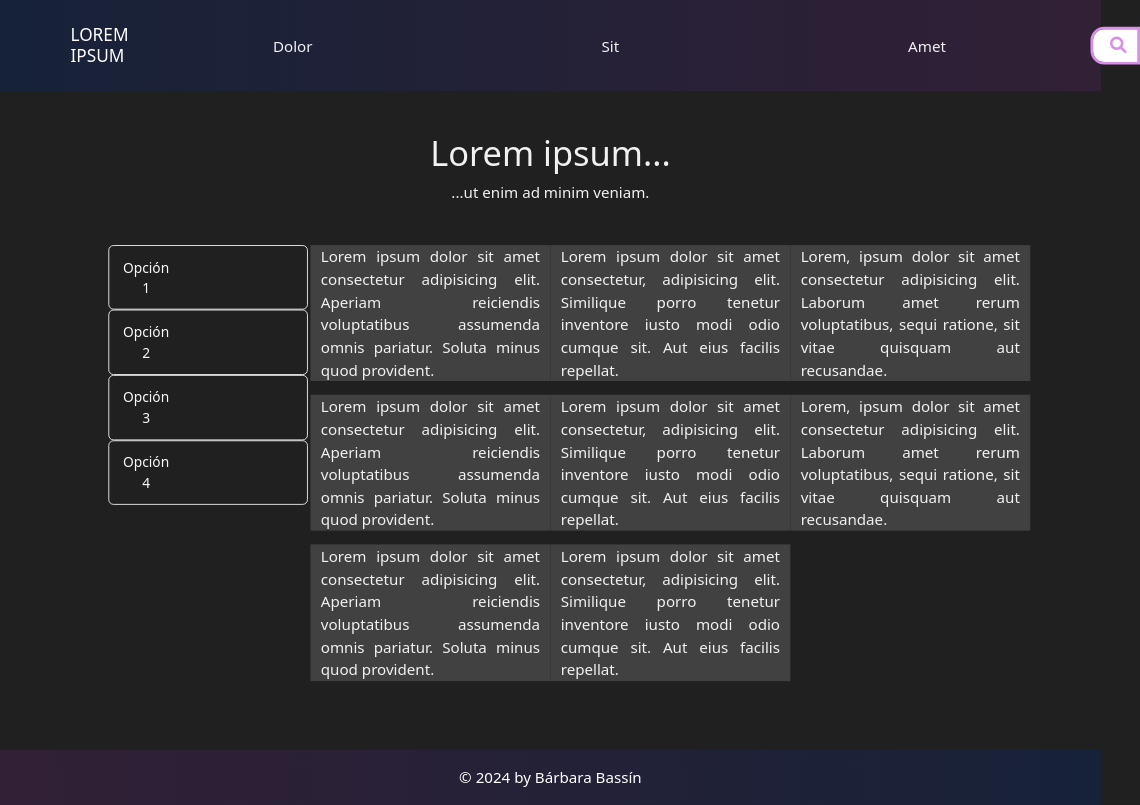
Repository: romancegirl/responsiveness
Page: index.html
The author's editor kept a copy of each file at every save. The page is drawn from the files as they stood at one save, then again after the next save.
The browser window is 1280 px wide. The page is 1326 px wide, then 1280 px, so the pictures cover 1326 px, including what lies to the right of the window. The pictures show the whole page, at 86% of full size.

Above is the page before, as saved 2024-11-19 21:10:18.

### index.html
<!DOCTYPE html>
<html lang="en">

<head>
    <meta charset="UTF-8">
    <meta name="viewport" content="width=device-width, initial-scale=1.0">
    <title>Responsiveness - Bárbara Bassín</title>
    <link href="https://cdn.jsdelivr.net/npm/bootstrap@5.3.0/dist/css/bootstrap.min.css" rel="stylesheet">
    <link rel="stylesheet" href="https://cdnjs.cloudflare.com/ajax/libs/font-awesome/6.0.0-beta3/css/all.min.css">
    <link rel="stylesheet" href="css/header-and-footer.css">
    <link rel="stylesheet" href="css/styles.css">
</head>

<body>
    <!-- Header -->
    <header class="py-2">
        <div class="container d-flex align-items-center" id="profile">
            <h5 class="m-0">LOREM IPSUM</h5>
            <nav class="navbar navbar-expand-lg flex-grow-1">
                <button class="navbar-toggler" type="button" data-bs-toggle="collapse" data-bs-target="#navbarNav"
                    aria-controls="navbarNav" aria-expanded="false" aria-label="Toggle navigation">
                    <i class="fas fa-bars"></i>
                </button>
                <div class="collapse navbar-collapse" id="navbarNav">
                    <ul class="navbar-nav">
                        <li class="nav-item"><a class="nav-link">Dolor</a></li>
                        <li class="nav-item"><a class="nav-link">Sit</a></li>
                        <li class="nav-item"><a class="nav-link">Amet</a></li>
                        <div class="search-container">
                            <form action="/action_page.php">
                                <div class="input-group">
                                    <input type="text" class="form-control" placeholder="Search..." name="search">
                                    <button type="submit" class="btn">
                                        <i class="fa fa-search"></i>
                                    </button>
                                </div>
                            </form>
                        </div>
                    </ul>

                </div>
            </nav>
        </div>
    </header>



    <!-- Main -->
    <main class="container my-5">
        <div>
            <h1>Lorem ipsum...</h1>
            <div id="textCarousel" class="carousel slide" data-bs-ride="carousel" data-bs-interval="2000">
                <div class="carousel-inner">
                    <div class="carousel-item active">
                        <p>...olor sit amet, consectetur adipiscing elit...</p>
                    </div>
                    <div class="carousel-item">
                        <p>...sed do eiusmod tempor incididunt ut labore...</p>
                    </div>
                    <div class="carousel-item">
                        <p>...ut enim ad minim veniam.</p>
                    </div>
                </div>
            </div>
        </div>



        <div class="container inside">
            <div class="row">
                <div class="col-3">
                    <ul>
                        <li><button type="button" class="btn btn-outline-light">Opción 1</button></li>
                        <li><button type="button" class="btn btn-outline-light">Opción 2</button></li>
                        <li><button type="button" class="btn btn-outline-light">Opción 3</button></li>
                        <li><button type="button" class="btn btn-outline-light">Opción 4</button></li>
                    </ul>
                </div>
                <div class="col-9">
                    <div class="row">
                        <div class="col-6 col-md-4 paragraph"><div></div>Lorem ipsum dolor sit amet consectetur adipisicing elit.
                            Aperiam
                            reiciendis
                            voluptatibus assumenda omnis pariatur. Soluta minus quod provident.</div>
                        <div class="col-6 col-md-4 paragraph">Lorem ipsum dolor sit amet consectetur, adipisicing elit.
                            Similique porro
                            tenetur inventore iusto modi odio cumque sit. Aut eius facilis repellat.</div>
                        <div class="col-6 col-md-4 paragraph">Lorem, ipsum dolor sit amet consectetur adipisicing elit.
                            Laborum
                            amet rerum
                            voluptatibus, sequi ratione, sit vitae quisquam aut recusandae.</div>
                        <div class="col-6 col-md-4 paragraph">Lorem ipsum dolor sit amet consectetur adipisicing elit.
                            Aperiam
                            reiciendis
                            voluptatibus assumenda omnis pariatur. Soluta minus quod provident.</div>
                        <div class="col-6 col-md-4 paragraph">Lorem ipsum dolor sit amet consectetur, adipisicing elit.
                            Similique porro
                            tenetur inventore iusto modi odio cumque sit. Aut eius facilis repellat.</div>
                        <div class="col-6 col-md-4 paragraph">Lorem, ipsum dolor sit amet consectetur adipisicing elit.
                            Laborum
                            amet rerum
                            voluptatibus, sequi ratione, sit vitae quisquam aut recusandae.</div>
                        <div class="col-6 col-md-4 paragraph">Lorem ipsum dolor sit amet consectetur adipisicing elit.
                            Aperiam
                            reiciendis
                            voluptatibus assumenda omnis pariatur. Soluta minus quod provident.</div>
                        <div class="col-6 col-md-4 paragraph">Lorem ipsum dolor sit amet consectetur, adipisicing elit.
                            Similique porro
                            tenetur inventore iusto modi odio cumque sit. Aut eius facilis repellat.</div>
                    </div>
                </div>

            </div>


        </div>



    </main>

    <!-- Footer -->
    <footer class="bg-dark text-center py-2">
        <div>&copy; 2024 by Bárbara Bassín</div>
    </footer>
    <script src="js/script.js"></script>
    <script src="https://cdn.jsdelivr.net/npm/bootstrap@5.3.0/dist/js/bootstrap.bundle.min.js"></script>
</body>

</html>

### css/header-and-footer.css
header {
    background: linear-gradient(to right, #162238, #322036);
    color: #fff;
    position: relative;
}

main {
    min-height: 70vh;
    padding-bottom: 1rem;
    box-sizing: border-box;
}

a.nav-link {
    color: #f1f1f1;
}

a.nav-link:hover {
    color: #f6c7de;
    transition: color 0.3s, text-shadow 0.3s;
    transform: scale(1.05);
}

.search-container {
    display: flex;
    justify-content: center;
    align-items: center;
    position: relative;
}

.input-group .form-control {
    padding-right: 2.5rem;
    font-size: 17px;
    border: 0.2rem solid #d98fe9;
    border-radius: 1rem;
}

.input-group .btn {
    position: absolute;
    right: 1rem;
        top: 50%;
    transform: translateY(-50%);
    background-color: transparent;
    border: none;
    padding: 0;
    cursor: pointer;
}

.input-group .btn .fa-search {
    color: #d98fe9;
    font-size: 1.2rem;
}

.navbar-nav .nav-item {
    margin: 1rem 10rem;
}


/* navbar-toggle */

.navbar-toggler {
    border-color: #fff;
}

.navbar-toggler .fas {
    color: #fff;
    /* Cambia el color del ícono */
}

.navbar-collapse {
    justify-content: flex-end;
}

.navbar-toggler:hover {
    cursor: pointer;
}

.navbar-toggler:focus {
    outline: none;
    box-shadow: none;
}

@media (max-width: 995px) {

    .navbar-collapse {
        display: none;
        position: absolute;
        top: 134%;
        left: -55px;
        width: 100%;
        z-index: 999;
        flex-direction: column-reverse;
        align-items: center;
    }

    .navbar-collapse.show {
        display: flex;
    }

    .navbar-nav {
        background: linear-gradient(to right, #162238d9, #322036e7);
        color: #fff;
        padding: 1.5rem;
        border-radius: 0 0 100px 100px;
        font-weight: bold;
        text-align: center;
    }

    .navbar-nav:hover {
        cursor: pointer;

    }

    a.nav-link:hover {
        color: #f6c7de;
        transition: color 0.3s, text-shadow 0.3s;
        transform: scale(1.05);
    }

    .navbar-nav .nav-item {
        margin: 10px 0;
    }

    .navbar a,
    .navbar input[type=text] {
        float: none;
        display: block;
        text-align: left;
        width: 100%;
        margin: 0;
        padding: 0.5rem;
    }

    .navbar .search-container {
        float: none;
    }

    .navbar a,
    .navbar input[type=text],
    .navbar .search-container button {
        float: none;
        display: block;
        text-align: left;
        width: 100%;
        margin: 0;
        padding: 0.2rem;
    }

    .navbar input[type=text] {
        border-radius: 0.2rem;
        border: 0.2rem solid #b556db98;
    }

}

footer {
    background: linear-gradient(to right, #322036, #162238);
    color: #fff;
    bottom: 0;
    min-height: 4rem;
    display: flex;
    justify-content: center;
    align-items: center;
}

### css/styles.css
body {
    background-color: #202020;
    color: #f1f1f1;
    font-size: 110%;
}

/* Profile and resume */

.profile-photo {
    width: 250px;
    height: 250px;
    border: #a5c3ffcd;
    border-style: double;
    border-width: 5px;
    border-radius: 70px;
    display: flex;
    justify-content: center;
    align-items: center;
    overflow: hidden;
    /* Oculta cualquier parte de la imagen que se desborde */
    float: right;
}

/* titles */

h1 {
    text-align: center;
}

h2,
h3,
h4 {
    background: linear-gradient(#d98fe9, #5E91FA);
    -webkit-background-clip: text;
    background-clip: text;
    -webkit-text-fill-color: transparent;
}

h5 {
    margin: 0;
}

/* General */

#textCarousel {
    width: 40rem;
    margin: auto;
}

p {
    text-align: center;
}

.row {
    text-align: justify;
}

.paragraph {
margin-bottom: 1rem;
background-color: #414141;
}

.inside {
    margin-top: 2rem;
}

.btn-outline-light {
    padding: 0.8rem 10rem 0.8rem 1rem;
}

li {
    list-style: none;
}

/* Responsiveness */

.title-small,
.title-x-small {
    display: none;
}

@media screen and (max-width: 1400px) {

    .title-large,
    .title-x-small {
        display: none;
    }

    .title-small {
        display: block;
    }
}

@media screen and (max-width: 768px) {

    .title-large,
    .title-small {
        display: none;
    }

    .title-x-small {
        display: block;
        text-align: center;

    }

    #textCarousel {
        max-width: 90%; /* Usa un tamaño relativo en lugar de fijo */
    }
}

### js/script.js
document.addEventListener('click', function(event) {
    var navbar = document.querySelector('.navbar-collapse');
    var toggler = document.querySelector('.navbar-toggler');

    // Si el menú está abierto y se hace clic fuera de él, lo cierra
    if (navbar.classList.contains('show') && !navbar.contains(event.target) && !toggler.contains(event.target)) {
        var bsCollapse = new bootstrap.Collapse(navbar, {
            toggle: false
        });
        bsCollapse.hide();
    }
});

// Cerrar el menú automáticamente al hacer clic en cualquier enlace
var navLinks = document.querySelectorAll('.nav-link');
navLinks.forEach(function(link) {
    link.addEventListener('click', function() {
        var navbar = document.querySelector('.navbar-collapse');
        var bsCollapse = new bootstrap.Collapse(navbar, {
            toggle: false
        });
        bsCollapse.hide();
    });
});

After the next save:
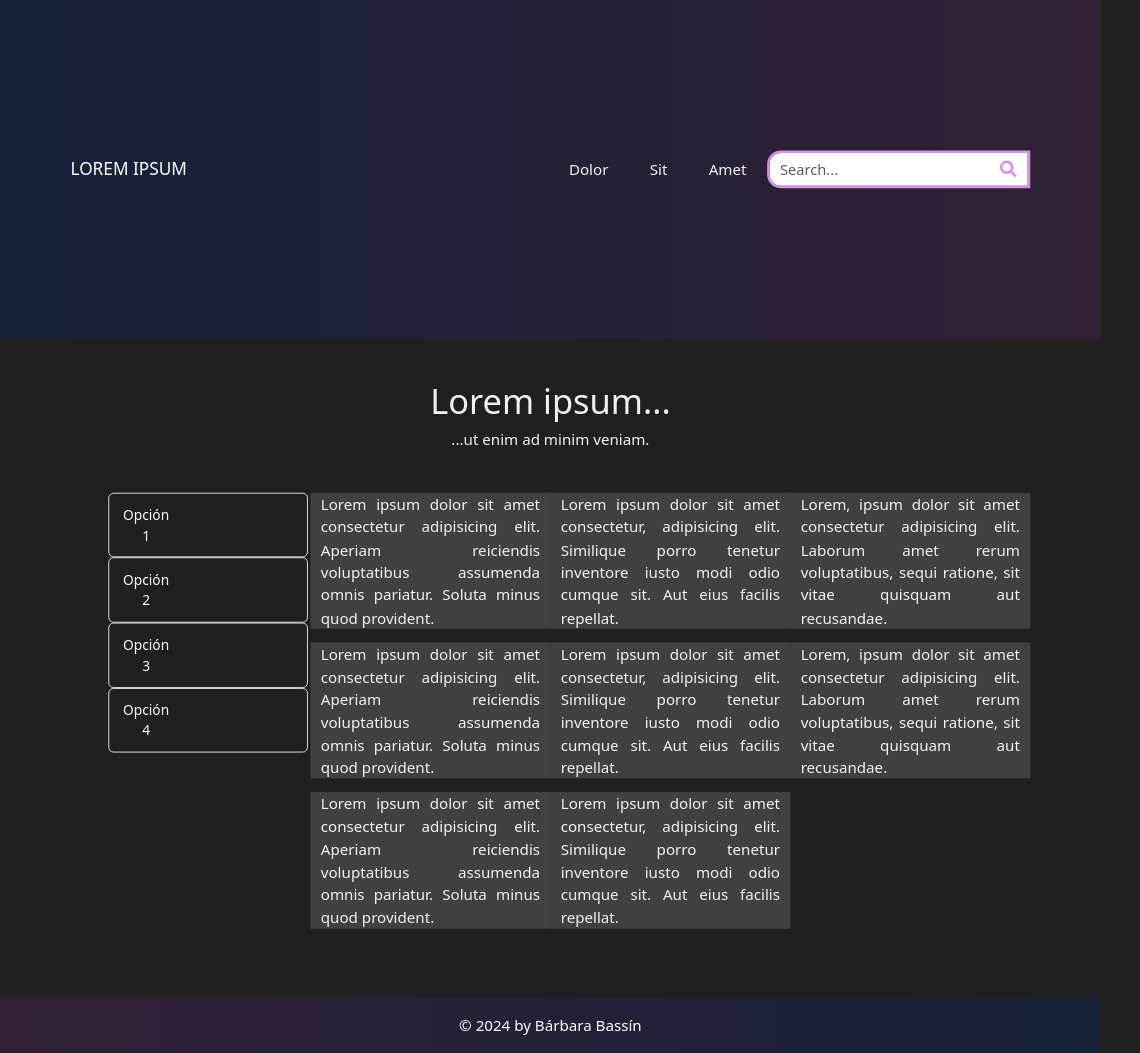
Saved 8 s later.
--- a/css/header-and-footer.css
+++ b/css/header-and-footer.css
@@ -51,7 +51,7 @@ a.nav-link:hover {
 }
 
 .navbar-nav .nav-item {
-    margin: 1rem 10rem;
+    margin: 10rem 1rem;
 }
 
 
